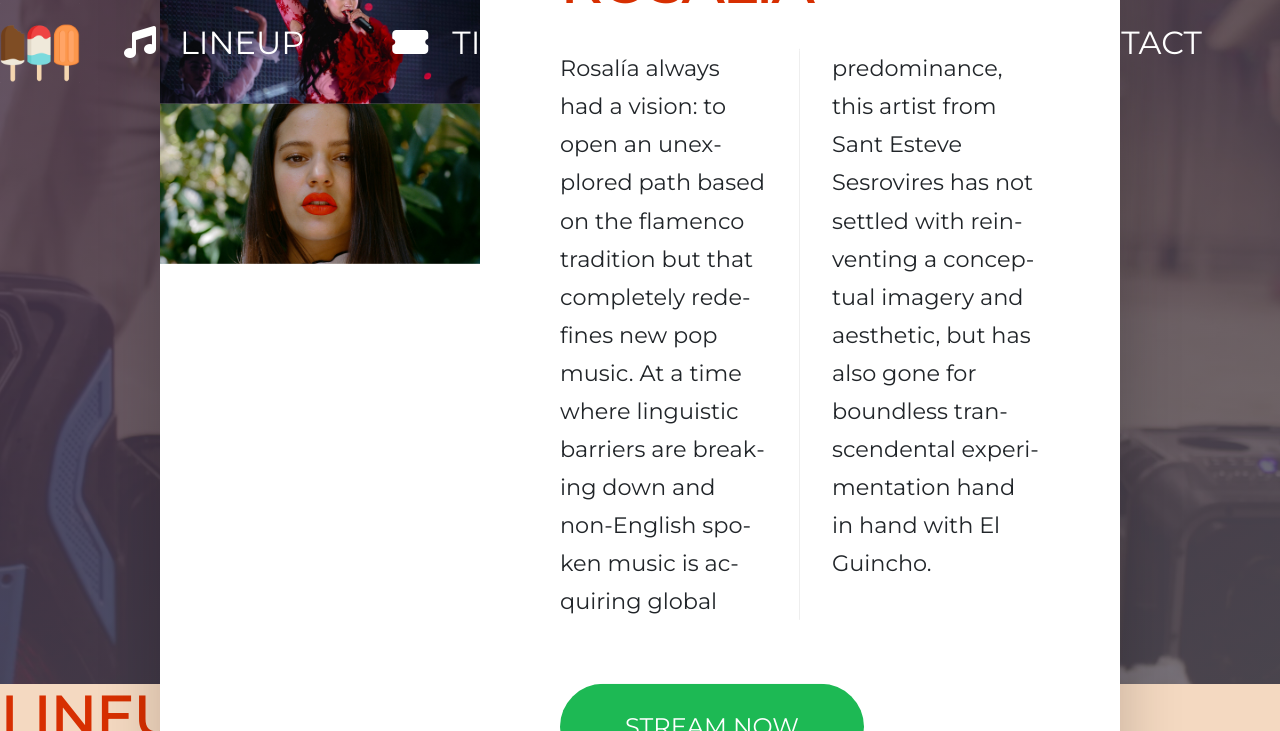
Repository: andreasdk/ci-summer-fest
Page: index.html
The author's editor kept a record of every edit. The page is drawn from the files as they stood at one moment, then again after the next edit.
The browser window is 1280 px wide. The pictures show the part of the page from y = 0 to 731 px (the page is 1100 px tall before and 1260 px after).
A picture or video elsewhere on the page could not be fetched, so the positions and the page height are approximate. Some web libraries are served in a nearby version.

Above is the page before.

After the next edit:
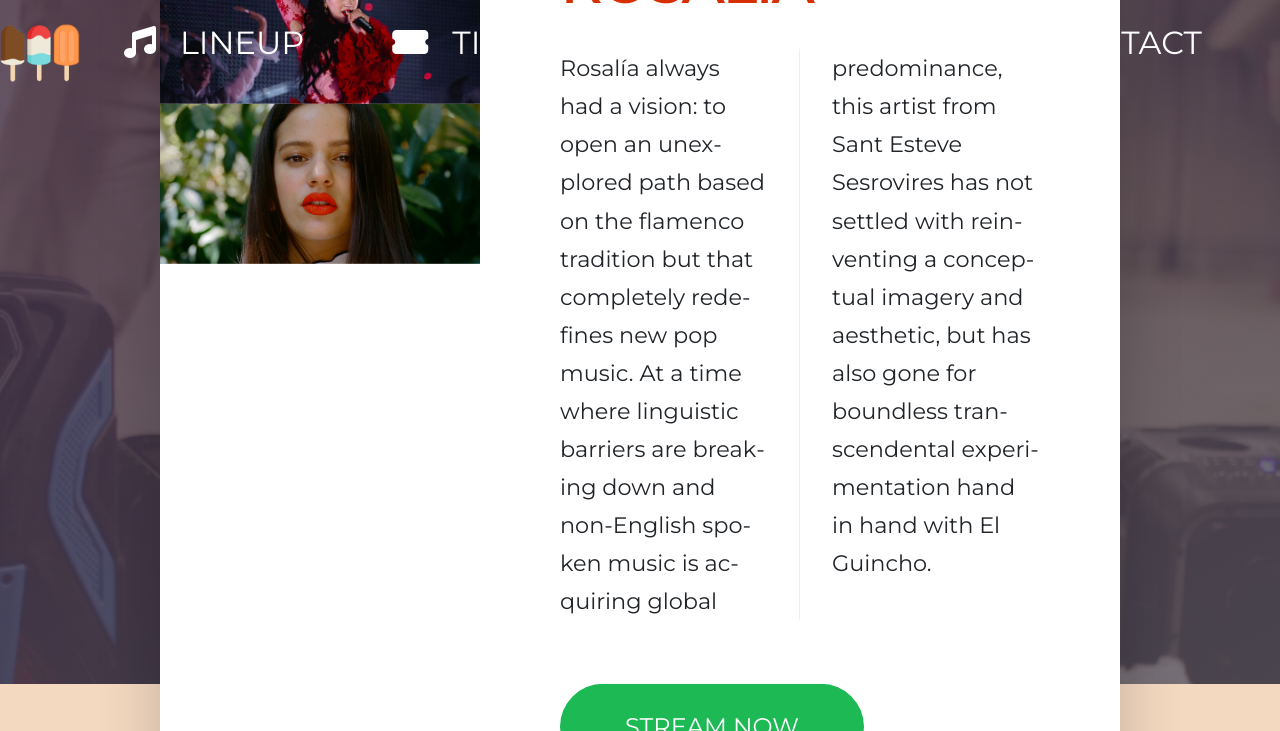
The edit:
--- a/index.html
+++ b/index.html
@@ -61,7 +61,7 @@
 	</header>
 
     <section class="container-fluid px-0">
-        <h2 class="heading-secondary">Lineup</h2>
+        <h2 class="heading-secondary u-center-text u-margin-bottom-large u-padding-top">Lineup</h2>
         <div class="row">
             <div class="col-6">
                 div
